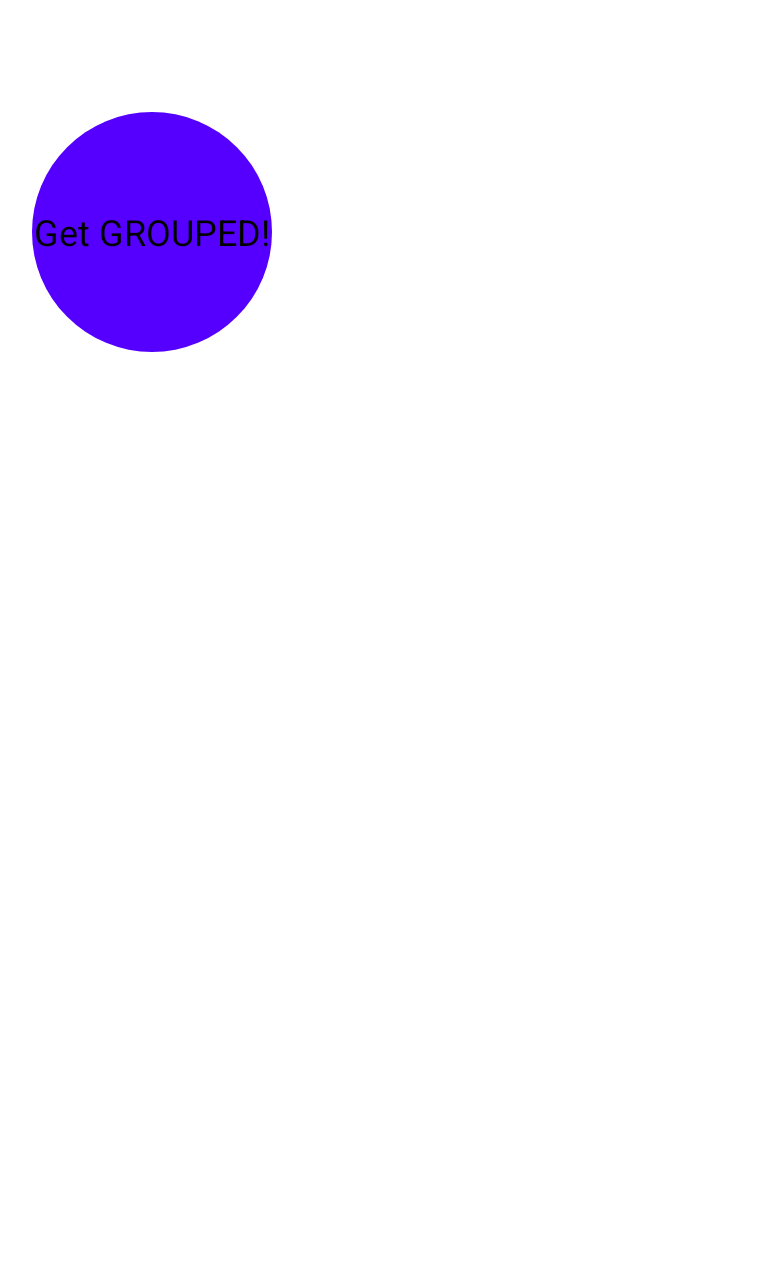
Repository: cs4471/grouped-client
Layout: Grouped/res/layout/activity_main.xml
An editor plug-in stored every save of this project. The layout is shown before and after the next save, followed by the edit.
It is drawn on a 768 x 1280 px phone screen (xhdpi) without system bars, with theme AppTheme; the app's code is not run.

Above is the layout before, as saved 2013-09-27 06:36:19.

After the next save:
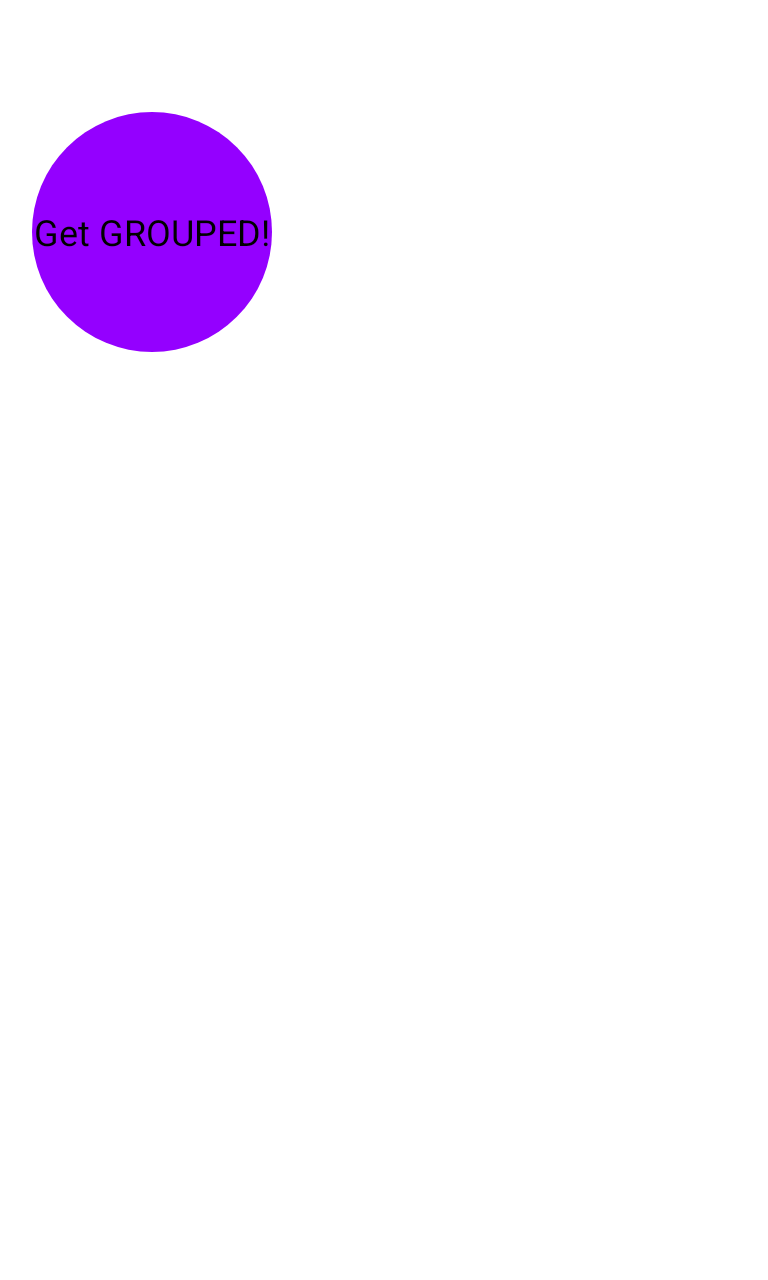
Saved 8 s later.
--- a/Grouped/res/drawable/GetGroupedButton.xml
+++ b/Grouped/res/drawable/GetGroupedButton.xml
@@ -4,7 +4,7 @@
     android:shape="oval">
 
    <solid
-       android:color="#5500ff"/>
+       android:color="#9400ff"/>
 
    <size
        android:width="120dp"
